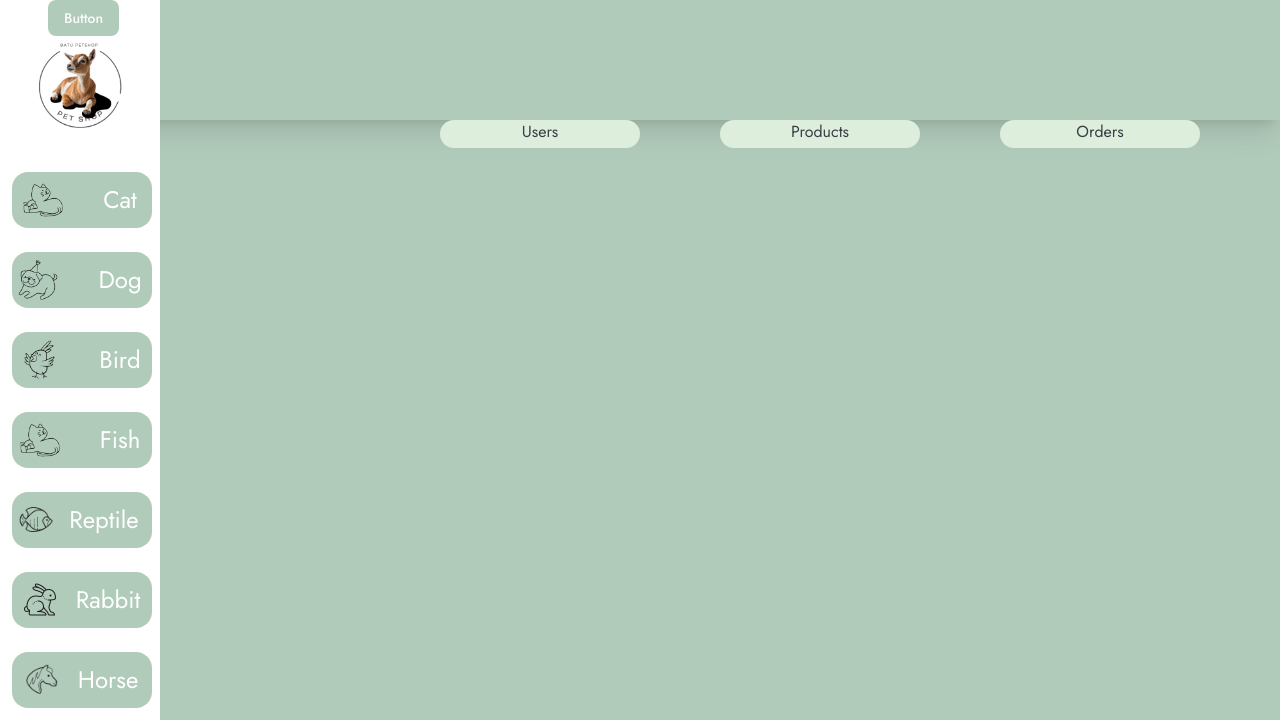
Repository: batu-call/batu-petshop
Page: /main (app in petshopp-appAdmin/admin/)
The author's editor kept a copy of each file at every save. The page is drawn from the files as they stood at one save, then again after the next save.
The browser window is 1280 px wide. The pictures show the whole page.
The project was rebuilt for these pictures with package versions that can differ from the ones it lists, and the page was loaded fresh each time. The framework's server and built-in components were replaced by stand-ins that run in the browser. Also part of the build but not shown: petshopp-appAdmin/admin/next.config.ts.

Above is the page before, as saved 2025-09-20 00:25:34.

After the next save:
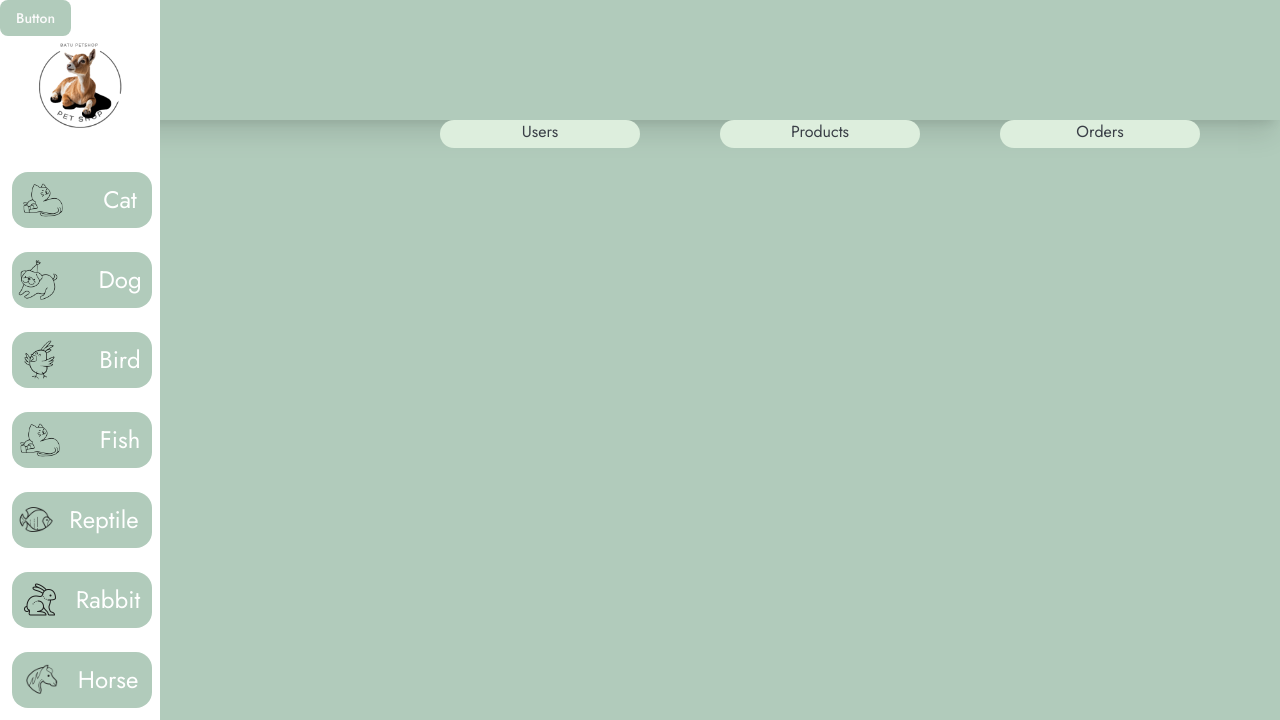
Saved 9 s later.
--- a/petshopp-appAdmin/admin/src/app/Navbar/page.tsx
+++ b/petshopp-appAdmin/admin/src/app/Navbar/page.tsx
@@ -18,7 +18,7 @@ const page = () => {
       {/* Image */}
 
       {/* Button */}
-      <div className='ml-12'>
+      <div className='mr-0'>
         <Button className='absolute cursor-pointer'>Button</Button>
       </div>
 
